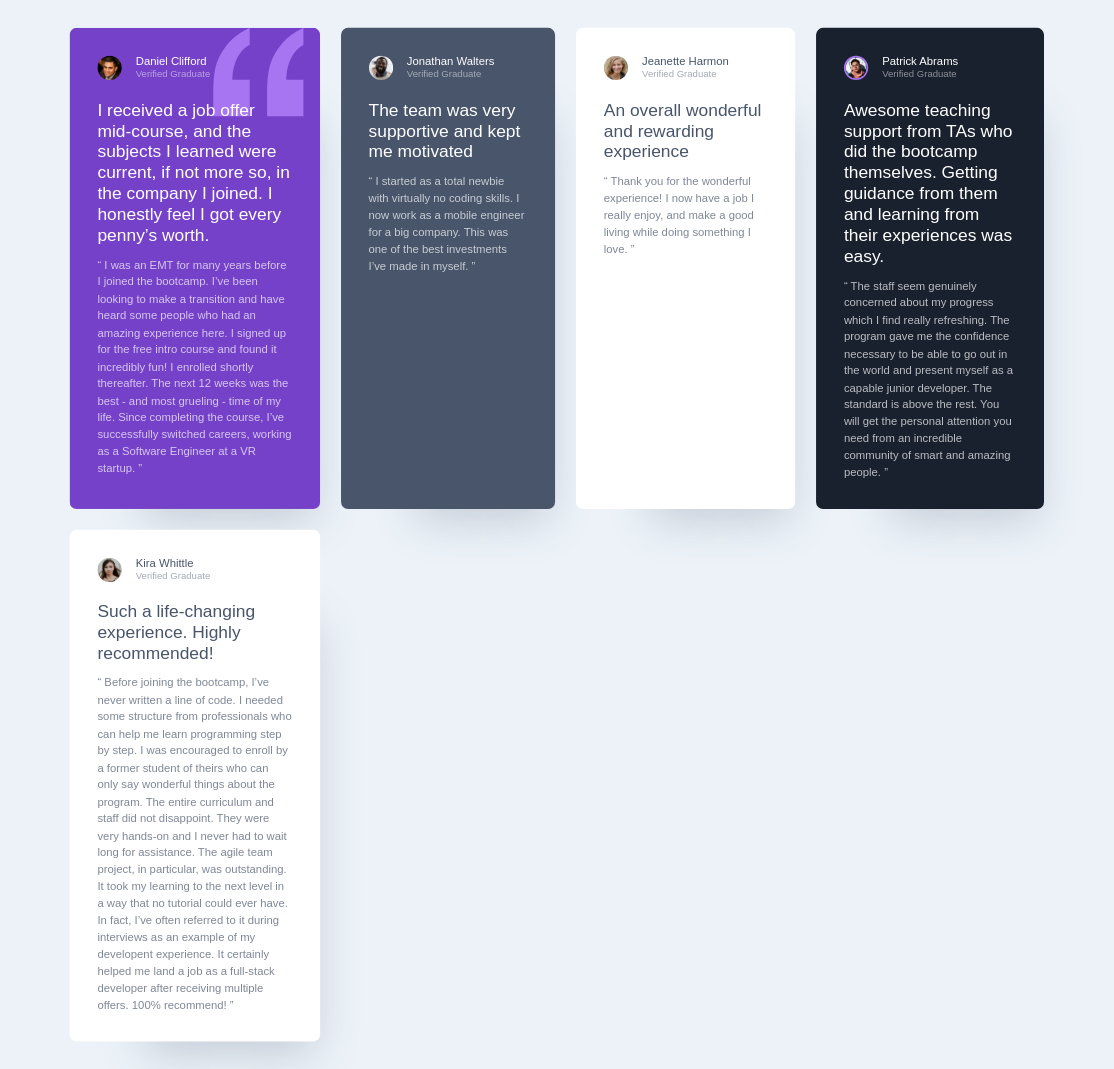
Repository: Imprasna/Grid_template
Page: index.html
The author's editor kept a copy of each file at every save. The page is drawn from the files as they stood at one save, then again after a run of saves.
The browser window is 1280 px wide. The pictures show the whole page, at 87% of full size.

Above is the page before, as saved 2021-11-28 13:10:14.

### index.html
<!DOCTYPE html>
<html lang="en">
<head>
    <meta charset="UTF-8">
    <meta http-equiv="X-UA-Compatible" content="IE=edge">
    <meta name="viewport" content="width=device-width, initial-scale=1.0">
    <link rel="stylesheet" href="style.css">
    <title>GRid</title>
</head>
<body>
    <main class="testimonial-grid">
        <article class="testimonial grid-col-span-2 flow bg-primary-400 quote text-neutral-100">
          <div class="flex">
            <div>
              <img  src="./images/image-daniel.jpg" alt="daniel clifford">
            </div>
            <div>
              <h2 class="name">Daniel Clifford</h2>
              <p class="position">Verified Graduate</p>
            </div>
          </div>
          <p>
            I received a job offer mid-course, and the subjects I learned were current, if not more so,
            in the company I joined. I honestly feel I got every penny’s worth.
          </p>
          <p>
            “ I was an EMT for many years before I joined the bootcamp. I’ve been looking to make a
            transition and have heard some people who had an amazing experience here. I signed up
            for the free intro course and found it incredibly fun! I enrolled shortly thereafter.
            The next 12 weeks was the best - and most grueling - time of my life. Since completing
            the course, I’ve successfully switched careers, working as a Software Engineer at a VR startup. ”
          </p>
        </article>
        <article class="testimonial flow bg-secondary-400 text-neutral-100">
          <div class="flex">
            <div>
              <img src="./images/image-jonathan.jpg" alt="Jonathan Walters">
            </div>
            <div>
              <h2 class="name">Jonathan Walters</h2>
              <p class="position">Verified Graduate</p>
            </div>
          </div>
          <p>
            The team was very supportive and kept me motivated
          </p>
          <p>
            “ I started as a total newbie with virtually no coding skills. I now work as a mobile engineer
            for a big company. This was one of the best investments I’ve made in myself. ”
          </p>
        </article>
        <article class="testimonial flow bg-neutral-100 text-secondary-400">
          <div class="flex">
            <div>
              <img src="./images/image-jeanette.jpg" alt="Jeanette Harmon">
            </div>
            <div>
              <h2 class="name">Jeanette Harmon</h2>
              <p class="position">Verified Graduate</p>
            </div>
          </div>
          <p>
            An overall wonderful and rewarding experience</p>
          <p>
            “ Thank you for the wonderful experience! I now have a job I really enjoy, and make a good living
            while doing something I love. ”
          </p>
        </article>
        <article class="testimonial grid-col-span-2 flow bg-secondary-500 text-neutral-100">
          <div class="flex">
            <div>
              <img class="border-primary-400" src="./images/image-patrick.jpg" alt="Patrick Abrams">
            </div>
            <div>
              <h2 class="name">Patrick Abrams</h2>
              <p class="position">Verified Graduate</p>
            </div>
          </div>
          <p>
            Awesome teaching support from TAs who did the bootcamp themselves. Getting guidance from them and
            learning from their experiences was easy.
          </p>
          <p>
            “ The staff seem genuinely concerned about my progress which I find really refreshing. The program
            gave me the confidence necessary to be able to go out in the world and present myself as a capable
            junior developer. The standard is above the rest. You will get the personal attention you need from
            an incredible community of smart and amazing people. ”
          </p>
        </article>
        <article class="testimonial flow bg-neutral-100 text-secondary-400">
          <div class="flex">
            <div>
              <img src="./images/image-kira.jpg" alt="Kira Whittle">
            </div>
            <div>
              <h2 class="name">Kira Whittle</h2>
              <p class="position">Verified Graduate</p>
            </div>
          </div>
          <p>
            Such a life-changing experience. Highly recommended!
          </p>
          <p>
            “ Before joining the bootcamp, I’ve never written a line of code. I needed some structure from
            professionals who can help me learn programming step by step. I was encouraged to enroll by a former
            student of theirs who can only say wonderful things about the program. The entire curriculum and staff
            did not disappoint. They were very hands-on and I never had to wait long for assistance. The agile team
            project, in particular, was outstanding. It took my learning to the next level in a way that no tutorial
            could ever have. In fact, I’ve often referred to it during interviews as an example of my developent
            experience. It certainly helped me land a job as a full-stack developer after receiving multiple offers.
            100% recommend! ”
          </p>
        </article>
      </main>
</body>
</html>

### style.css
:root {
    --clr-primary-400: 263 55% 52%;
    --clr-secondary-400: 217 19% 35%;
    --clr-secondary-500: 219 29% 14%;
    --clr-neutral-100: 0 0% 100%;
    --clr-neutral-200: 210 46% 95%;
    --clr-neutral-300: 0 0% 81%;

    --ff-primary: "Barlow Semi Condensed", sans-serif;

    --fw-400: 500;
    --fw-700: 600;

    --fs-300: 0.6875rem;
    --fs-400: 0.8125rem;
    --fs-500: 1.25rem;
  }

  /* Box sizing rules */
  *,
  *::before,
  *::after {
    box-sizing: border-box;
  }

  /* Remove default margin */
  body,
  h1,
  h2,
  h3,
  h4,
  p,
  figure,
  blockquote,
  dl,
  dd {
    margin: 0;
  }

  /* Remove list styles on ul, ol elements with a list role, which suggests default styling will be removed */
  ul[role="list"],
  ol[role="list"] {
    list-style: none;
  }

  /* Set core root defaults */
  html:focus-within {
    scroll-behavior: smooth;
  }

  /* Set core body defaults */
  body {
    min-height: 100vh;
    text-rendering: optimizeSpeed;
    line-height: 1.5;
  }

  /* A elements that don't have a class get default styles */
  a:not([class]) {
    text-decoration-skip-ink: auto;
  }

  /* Make images easier to work with */
  img,
  picture {
    max-width: 100%;
    display: block;
  }

  /* Inherit fonts for inputs and buttons */
  input,
  button,
  textarea,
  select {
    font: inherit;
  }

  /* Remove all animations, transitions and smooth scroll for people that prefer not to see them */
  @media (prefers-reduced-motion: reduce) {
    html:focus-within {
      scroll-behavior: auto;
    }

    *,
    *::before,
    *::after {
      animation-duration: 0.01ms !important;
      animation-iteration-count: 1 !important;
      transition-duration: 0.01ms !important;
      scroll-behavior: auto !important;
    }
  }

  body {
    display: grid;
    place-content: center;
    min-height: 100vh;

    font-family: var(--ff-primary);
    font-weight: var(--fw-400);

    background-color: hsl(var(--clr-neutral-200));
  }

  h1,
  h2,
  h3 {
    font-weight: var(--fw-700);
  }

  /* utilities */
  .flex {
    display: flex;
    gap: var(--gap, 1rem);
  }

  .flow > *:where(:not(:first-child)) {
    margin-top: var(--flow-spacer, 1em);
  }

  .bg-primary-400 {
    background: hsl(var(--clr-primary-400));
  }
  .bg-secondary-400 {
    background: hsl(var(--clr-secondary-400));
  }
  .bg-secondary-500 {
    background: hsl(var(--clr-secondary-500));
  }

  .bg-neutral-100 {
    background: hsl(var(--clr-neutral-100));
  }

  .text-neutral-100 {
    color: hsl(var(--clr-neutral-100));
  }
  .text-secondary-400 {
    color: hsl(var(--clr-secondary-400));
  }
  .border-primary-400 {
    border: 2px solid #a775f1;
  }

  /* components */
  .testimonial-grid {
    padding-block: 2rem;
    width: min(95%, 70rem);
    margin-inline: auto;

    display: grid;
    gap: 1.5rem;
    grid-template-areas:
    'one'
    'two'
    'three'
    'four'
    'five';

  }

  @media (min-width: 50em) {
    .testimonial-grid {
        grid-template-areas: 'one one two five';
    }
  }


  /* @media (min-width: 50em) {

    .testimonial-grid {
        grid-template-columns: repeat(4, 1fr);
    }

    .grid-col-span-2 {
        grid-column: span 2;
    }

    .testimonial:last-child {
        grid-column: 4/5;
        grid-row: 1/3;
    }

  } */





  .testimonial {
    font-size: var(--fs-400);
    padding: 2rem;
    border-radius: 0.5rem;
    box-shadow: 2.5rem 3.75rem 3rem -3rem hsl(var(--clr-secondary-400) / 0.25);
  }

  .testimonial.quote {
    background-image: url("./images/bg-pattern-quotation.svg");
    background-repeat: no-repeat;
    background-position: top right 10%;
  }

  .testimonial img {
    width: 1.75rem;
    aspect-ratio: 1;
    border-radius: 50%;
  }

  .testimonial .name {
    font-size: var(--fs-400);
    font-weight: var(--fw-400);
    line-height: 1;
  }

  .testimonial .position {
    font-size: var(--fs-300);
    opacity: 0.5;
  }

  .testimonial > p:first-of-type {
    font-size: var(--fs-500);
    line-height: 1.2;
  }

  .testimonial > p:last-of-type {
    opacity: 0.7;
  }

After the next 2 saves:
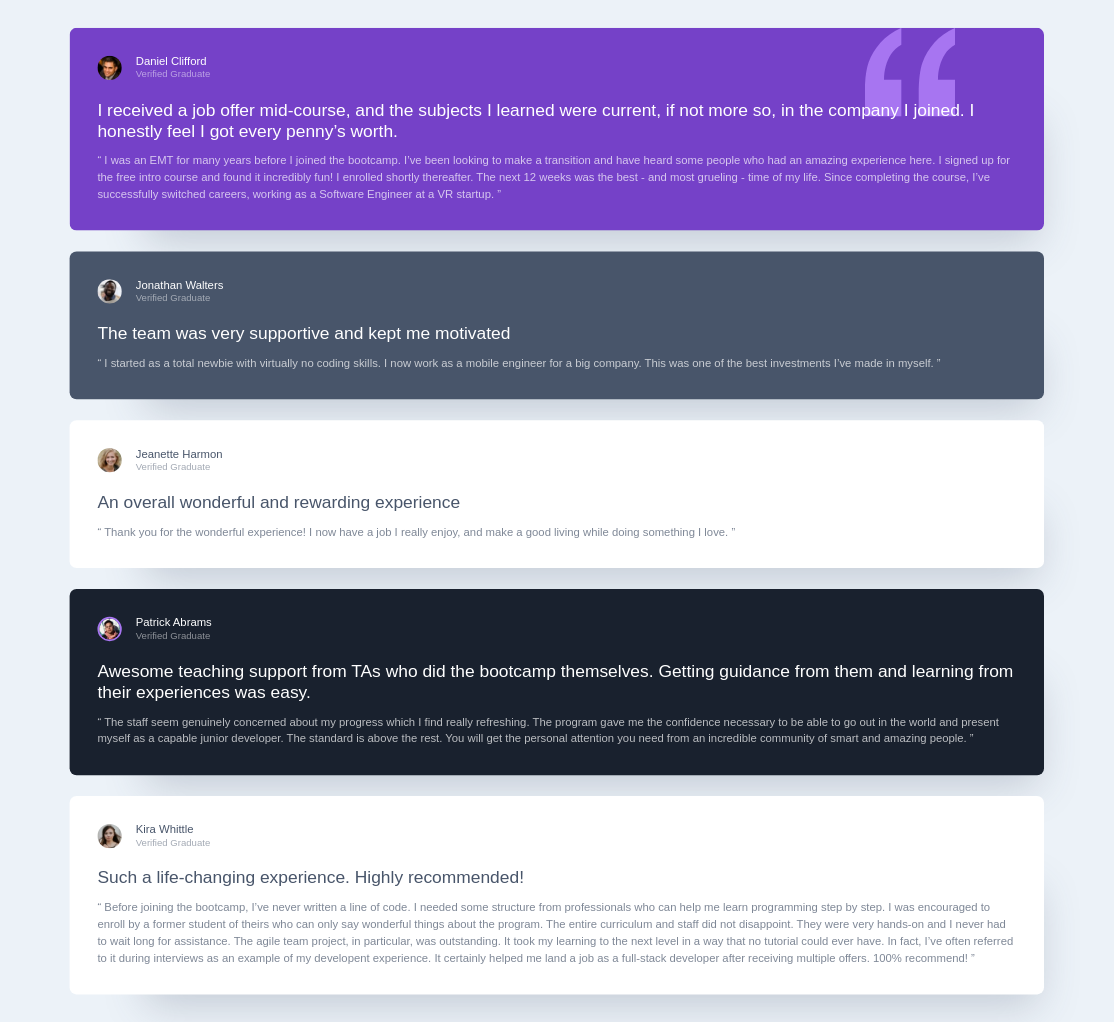
The 2 saves are shown as one change because they came seconds apart.
The last was saved 110 s later.
--- a/style.css
+++ b/style.css
@@ -161,7 +161,8 @@
 
   @media (min-width: 50em) {
     .testimonial-grid {
-        grid-template-areas: 'one one two five';
+        grid-template-areas: 'one one two five'
+        'three ';
     }
   }
 

After the 2 saves that followed:
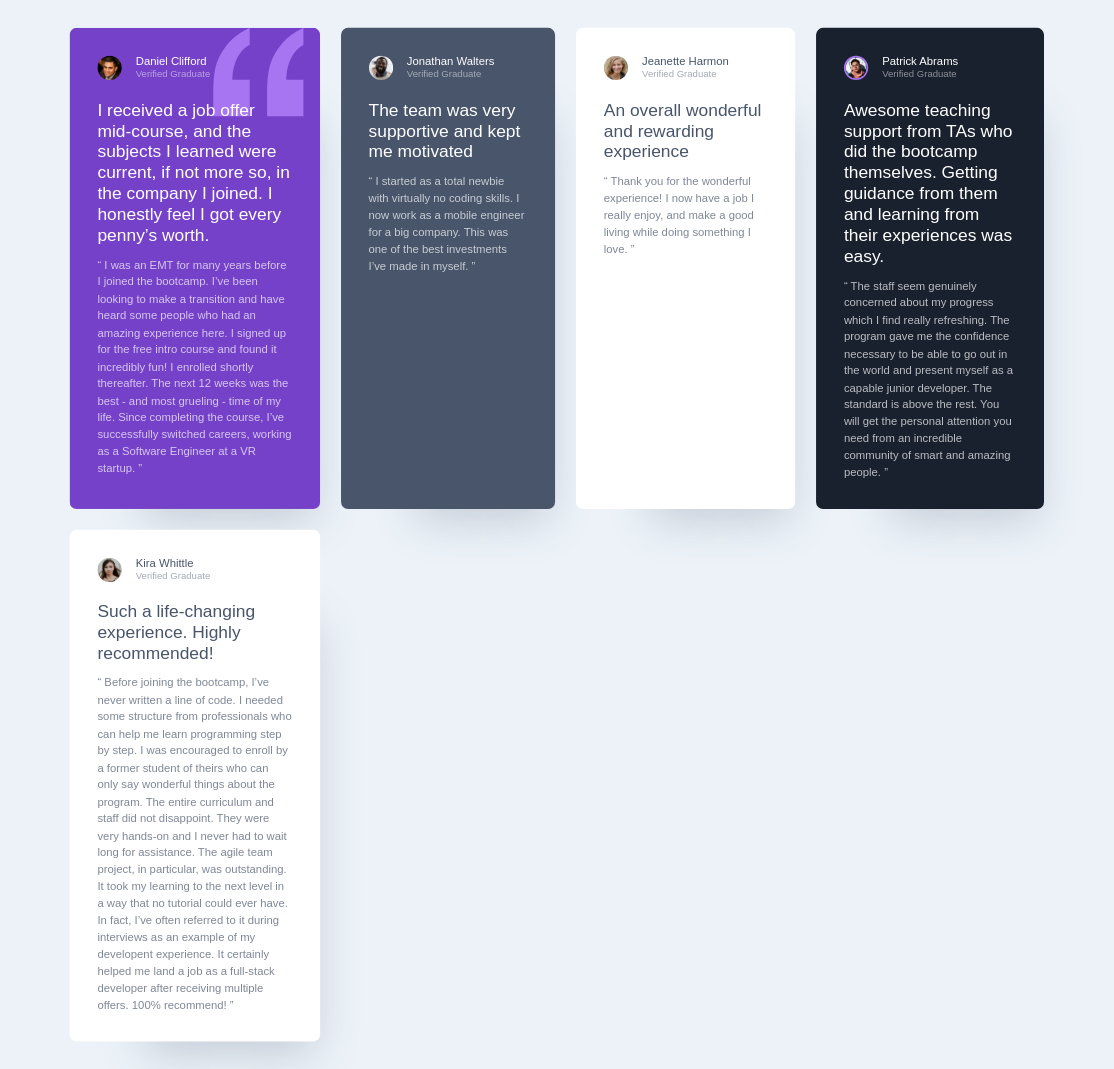
The 2 saves are shown as one change because they came seconds apart.
The last was saved 6 s later.
--- a/style.css
+++ b/style.css
@@ -162,7 +162,7 @@
   @media (min-width: 50em) {
     .testimonial-grid {
         grid-template-areas: 'one one two five'
-        'three ';
+        'three four four five';
     }
   }
 
